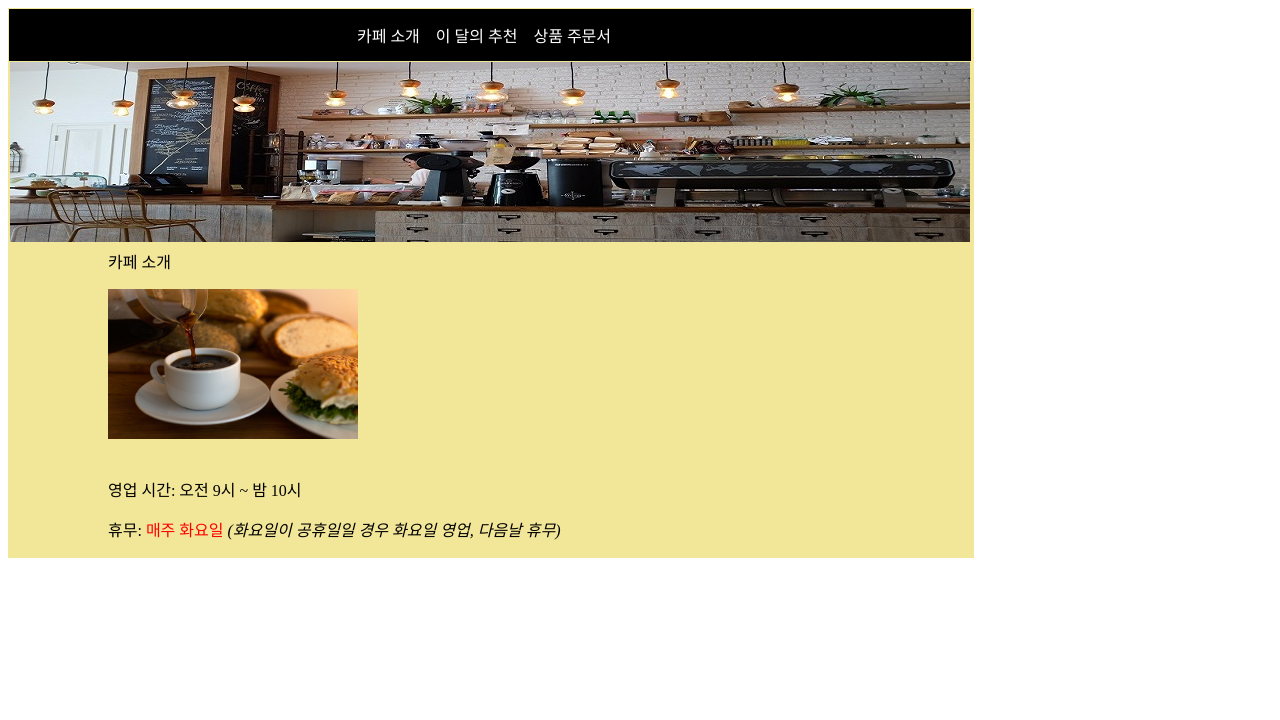
Repository: jpg723/Assignment
Page: http://localhost/mid/
These files come from the project's save history. The page is drawn as it stood at one moment and after the next save; the edit follows.
The browser window is 1280 px wide. The pictures show the whole page.
The page is served by Tomcat 9.

Above is the page before, as saved 2021-11-01 12:17:32.

### 웹프로그래밍/mid/src/main/webapp/index.jsp
<%@ page language="java" contentType="text/html; charset=UTF-8"
    pageEncoding="UTF-8"%>
<!DOCTYPE html>
<html>
<head>
<meta charset="UTF-8">
<style>
	td.t1{
		margin: 100px;
		padding-left: 100px;
		padding-right: 50px
	}
	td.t2 {
		margin: 100px;
		padding: 50px
	}
	tr{
		border-style: hidden;
	}
	table.t{
		border-style: hidden;
		background-color: #f2e699;
	}
</style>
<title>NAMOO Cafe</title>
</head>
<body>
<table class="t">
	<tr>
		<td><%@include file="header.jsp" %></td>
	</tr>
	<tr>
		<td class="t1">
			카페 소개
			<p><img src="images/coffee1.jpg" width="250" height="150">
		</td>
	</tr>
	<tr>
		<td class="t1">
			<p>영업 시간: 오전 9시 ~ 밤 10시
			<p>휴무:
			<span style="color: red;">매주 화요일</span>
			<span style=" font-style: italic;">(화요일이 공휴일일 경우 화요일 영업, 다음날 휴무)</span>
		</td>
	</tr>
</table>
</body>
</html>

### 웹프로그래밍/mid/src/main/webapp/header.jsp
<%@ page language="java" contentType="text/html; charset=UTF-8"
    pageEncoding="UTF-8"%>
<!DOCTYPE html>
<html>
<head>
<meta charset="UTF-8">
<style>
	table {
		border-collapse: collapse;

	}
	td.box{
		background-color: black;
		height: 50px;
		text-align: center;
		border-style: hidden;
	}
	tr{
		border-style: hidden;
	}
</style>
<title>header.jsp</title>
</head>
<body>
<div id = "div" align="center">
	<table>
		<tr>
			<td class="box">
				<a href="index.jsp" style="color: white; text-decoration : none;">카페 소개&nbsp;&nbsp;&nbsp;</a>
				<a href="#" style="color: white; text-decoration : none;">이 달의 추천&nbsp;&nbsp;&nbsp;</a>
				<a href="order.jsp" style="color: white; text-decoration : none;">상품 주문서&nbsp;&nbsp;&nbsp;</a>
			</td>
		</tr>
		<tr>
			<td><img src="images/header_s.jpg"><td>
		</tr>
	</table>
</div>
</body>
</html>

### 웹프로그래밍/mid/src/main/webapp/calendar.jsp
<%@ page language="java" contentType="text/html; charset=UTF-8"
    pageEncoding="UTF-8"%>
<%@ page import = "java.util.Calendar" %>
<!DOCTYPE html>
<html>
<head>
<meta charset="UTF-8">
<title>calendar.jsp</title>
<style>
	table{
		width: 450px;
	}

	table, tr, td{
		border-collapse: collapse;
		border: 0.5px solid black;
		text-align: center;
	}

	td {
		width: 35px;
	}
</style>
</head>
<body>
<%
	Calendar cal = Calendar.getInstance();
	int year = 2021;
	int month = 10;
	String[] arrWeek = {"일","월","화","수","목","금","토"};

	cal.set(Calendar.YEAR, year);
	cal.set(Calendar.MONTH, month - 1);
	cal.set(Calendar.DATE, 4);

	int end = cal.getActualMaximum(Calendar.DAY_OF_MONTH);
	int day = cal.get(Calendar.DAY_OF_WEEK);

	out.println("<table>" );

	out.println("<tr>" );
	for (int i = 0; i < arrWeek.length; i++){

		if(i % 7 == 0)
			out.print("<td class= c2>" + arrWeek[i] + "</td>");

		else if(i % 6 == 0)
			out.print("<td class= c1>" + arrWeek[i] + "</td>");

		else
			out.print("<td class= c3>"+ arrWeek[i] + "</td>");

	}
	out.println("</tr>" );

	for(int j = 1; j < day; j++){
		out.println("<td></td>");
	}

	for(int i = 1; i < end; i++){

		if(i % 7 == 6)
			out.println("<td style='color: blue'>" + i + "</td>");

		else if(i % 7 == 0)
			out.println("<td style='color: red'>" + i + "</td>");

		else if(i % 7 == 2)
			out.println("<td style='color: red'>" + i + "(휴무)" + "</td>");

		else
			out.println("<td style='color: black'>" + i + "</td>");

		if(day % 7 == 0){
			out.println("<tr></tr>");
		}
		day++;
	}

	for(int j = 1; j < 5; j++){
		out.println("<td></td>");
	}

	out.println("</table>");
%>

</body>
</html>

After the next save:
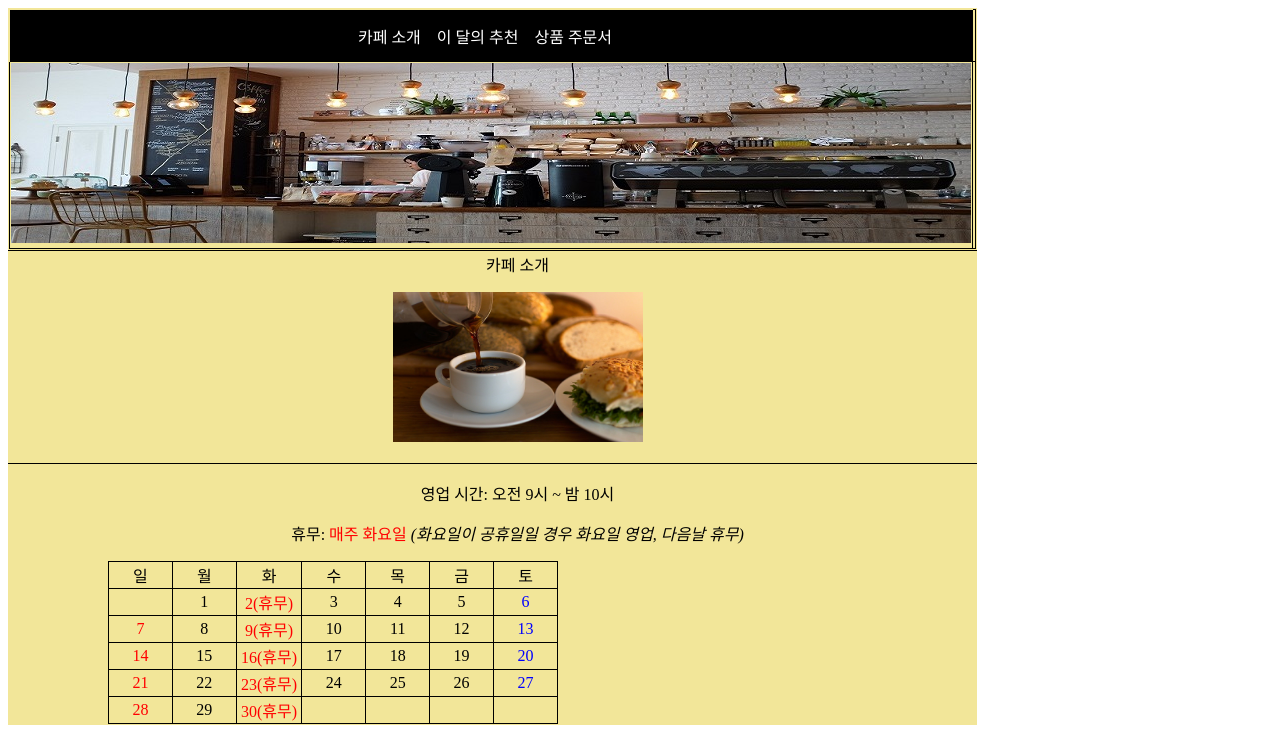
Saved 37 s later.
--- a/웹프로그래밍/mid/src/main/webapp/index.jsp
+++ b/웹프로그래밍/mid/src/main/webapp/index.jsp
@@ -41,6 +41,7 @@
 			<p>휴무:
 			<span style="color: red;">매주 화요일</span>
 			<span style=" font-style: italic;">(화요일이 공휴일일 경우 화요일 영업, 다음날 휴무)</span>
+			<%@include file="calendar.jsp" %>
 		</td>
 	</tr>
 </table>

After the save that followed:
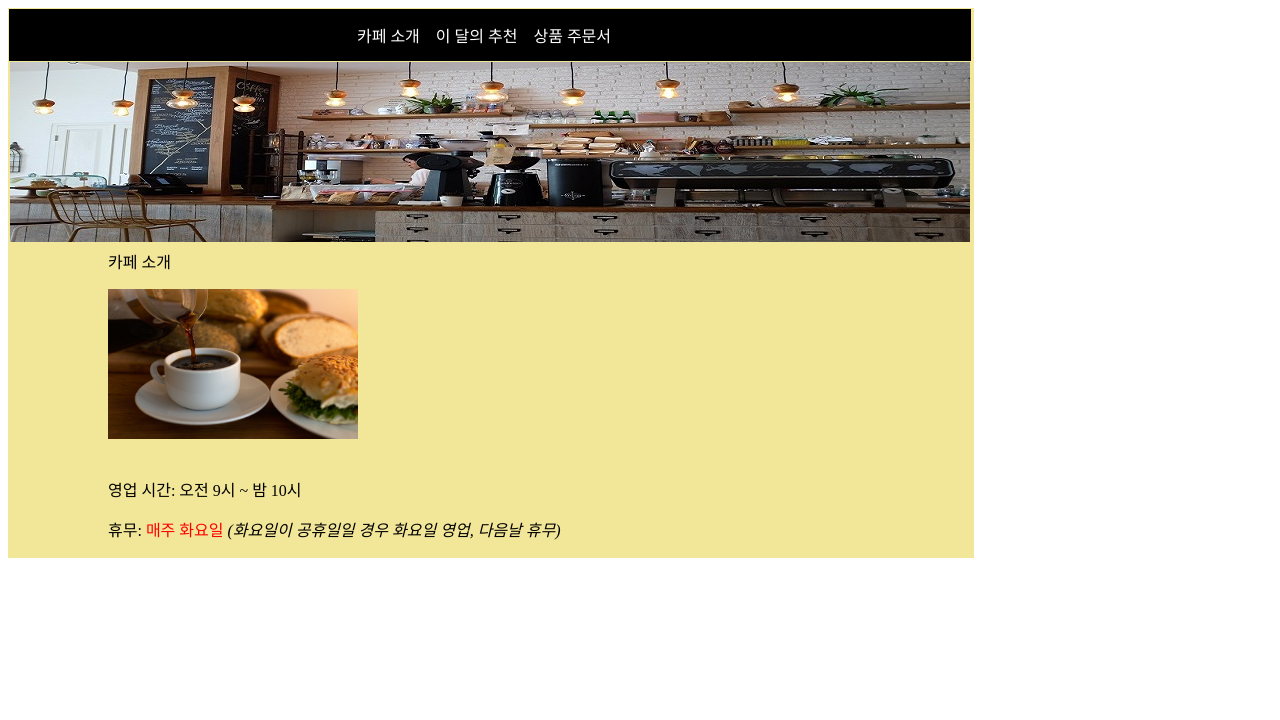
Saved 17 s later.
--- a/웹프로그래밍/mid/src/main/webapp/index.jsp
+++ b/웹프로그래밍/mid/src/main/webapp/index.jsp
@@ -41,7 +41,6 @@
 			<p>휴무:
 			<span style="color: red;">매주 화요일</span>
 			<span style=" font-style: italic;">(화요일이 공휴일일 경우 화요일 영업, 다음날 휴무)</span>
-			<%@include file="calendar.jsp" %>
 		</td>
 	</tr>
 </table>
